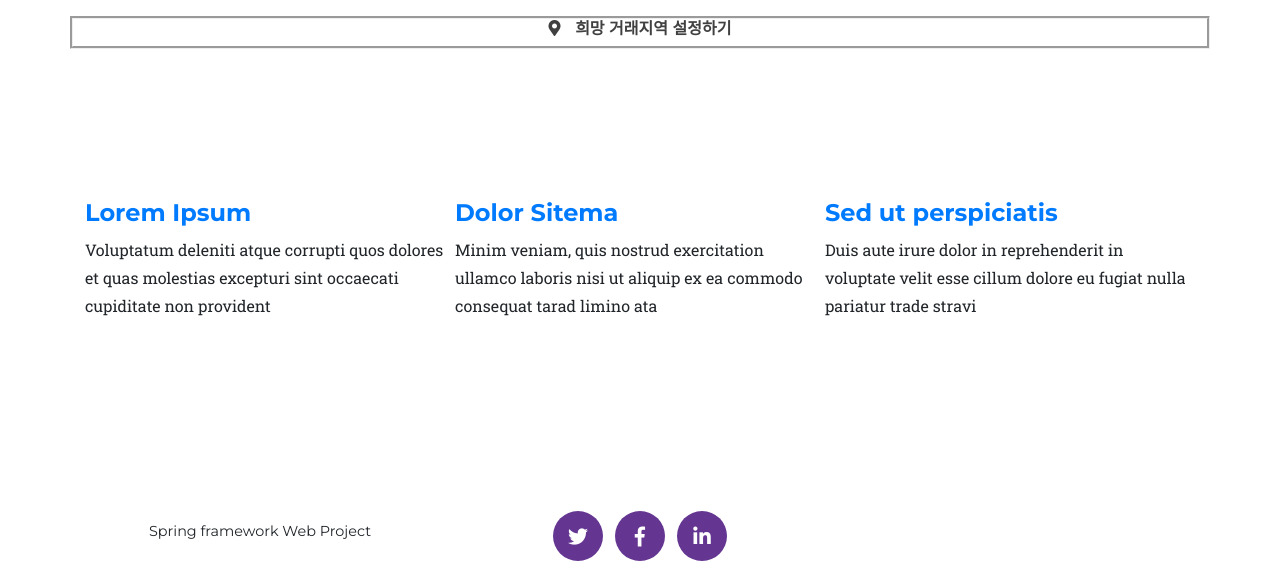
Repository: mim-mim-ji/Cleanmarket_web
Page: http://localhost/CleanMarket/WEB-INF/views/home.jsp
These files come from the project's save history. The page is drawn as it stood at one moment and after the next save; the edit follows.
The browser window is 1280 px wide. The pictures show the part of the page from y = 358 to 944 px (the page is 944 px tall before and 938 px after).
Some web fonts or font styles are not loaded; a fallback is used. The page is served by Tomcat 9. Nobody is signed in. Other server files are loaded and not shown. The template is opened directly, without the code that normally fills it, so the values that code supplies are empty.

Above is the page before, as saved 2021-03-18 04:57:59.

### CleanMarket/src/main/webapp/WEB-INF/views/home.jsp
<%@ page language="java" contentType="text/html; charset=UTF-8"
    pageEncoding="UTF-8"%>

<jsp:include page="include/header.jsp" />
<jsp:include page="include/main.jsp" />
<jsp:include page="include/footer.jsp" />

### CleanMarket/src/main/webapp/WEB-INF/views/include/header.jsp
<%@ page language="java" contentType="text/html; charset=UTF-8"
	pageEncoding="UTF-8"%>
<%@ taglib prefix="c" uri="http://java.sun.com/jsp/jstl/core"%>
<!DOCTYPE html>
<html lang="ko">
<head>

<meta charset="UTF-8">
<meta content="width=device-width, initial-scale=1.0" name="viewport">
<meta content="" name="description">
<meta content="" name="keywords">

<title>CleanMarket</title>


<!-- Bootstrap core CSS -->
  <link rel="stylesheet" href="<c:url value='/vendor/bootstrap/css/bootstrap.min.css'/>">

  <!-- Custom fonts for this template -->
  <link rel="stylesheet" type="text/css" href="<c:url value='/vendor/fontawesome-free/css/all.min.css'/>" >
  <link href="https://fonts.googleapis.com/css?family=Montserrat:400,700" rel="stylesheet" type="text/css">
  <link href='https://fonts.googleapis.com/css?family=Kaushan+Script' rel='stylesheet' type='text/css'>
  <link href='https://fonts.googleapis.com/css?family=Droid+Serif:400,700,400italic,700italic' rel='stylesheet' type='text/css'>
  <link href='https://fonts.googleapis.com/css?family=Roboto+Slab:400,100,300,700' rel='stylesheet' type='text/css'>

  <!-- Custom styles for this template -->
  <link rel="stylesheet" href="<c:url value='/css/agency.min.css'/>" >

  <!-- Bootstrap core JavaScript -->
  <script src="<c:url value='/vendor/jquery/jquery.min.js'/>"></script>
  <script src="<c:url value='/vendor/bootstrap/js/bootstrap.bundle.min.js'/>"></script>


  <!-- Plugin JavaScript -->
  <script src="<c:url value='/vendor/jquery-easing/jquery.easing.min.js'/>"></script>
  <script type="text/javascript" src="https://cdn.jsdelivr.net/jquery.validation/1.16.0/jquery.validate.min.js"></script>

  <!-- Contact form JavaScript -->
  <script src="<c:url value='/js/jqBootstrapValidation.js'/>"></script>

</head>

<body id="page-top">


	<!-- Navigation -->
  <nav class="navbar navbar-expand-lg navbar-light fixed-top" id="mainNav">
    <div class="container">
      <a class="navbar-brand" href="/cleanmarket">
      	Clean Market
      </a>
      <button class="navbar-toggler navbar-toggler-right" type="button" data-toggle="collapse" data-target="#navbarResponsive">
        메뉴
        <i class="fas fa-bars"></i>
      </button>

      <div class="collapse navbar-collapse" id="navbarResponsive">
        <ul class="navbar-nav text-uppercase ml-auto">
          <li class="nav-item">
            <a class="nav-link js-scroll-trigger" href="/cleanmarket">HOME</a>
          </li>

          <li class="nav-item dropdown">
            <a class="nav-link js-scroll-trigger dropdown-toggle" data-toggle="dropdown">카테고리</a>
            <div class="dropdown-menu music-menu">

              <div class="dropdown dropright">
		        <a class="dropdown-item dropdown-toggle music-tap" data-toggle="dropdown">여성의류</a>
		      </div>

		      <div class="dropdown dropright">
		        <a class="dropdown-item dropdown-toggle music-tap" data-toggle="dropdown">남성의류</a>

		      </div>

		      <div class="dropdown dropright">
		        <a class="dropdown-item dropdown-toggle music-tap" data-toggle="dropdown">신발</a>
		      </div>

		      <div class="dropdown dropright">
		        <a class="dropdown-item dropdown-toggle music-tap" data-toggle="dropdown">모자/인형/가방</a>
		      </div>
		    </div>
          </li>
          <c:if test="${login == null}" >
          	<li class="nav-item">
            	<a class="nav-link js-scroll-trigger" href="<c:url value='/login' />">LOGIN</a>
         	</li>
         </c:if>
          <c:if test="${login == null}" >
          	<li class="nav-item">
            	<a class="nav-link js-scroll-trigger" href="<c:url value='/join_type_select' />">JOIN</a>
          	</li>
          </c:if>
          <c:if test="${login != null}" >
	          <li class="nav-item">
	            <a class="nav-link js-scroll-trigger" href="#">MYPAGE</a>
	          </li>
	          <li class="nav-item">
	            <a class="nav-link js-scroll-trigger" href="/cleanmarket/logout" onclick="return confirm('로그아웃 하시겠습니까?')">LOGOUT</a>
	          </li>
	          <li class="nav-item">
	            <a class="nav-link js-scroll-trigger" href="#">NOTICE</a>
	          </li>
	          <li class="nav-item">
          </c:if>
          <li class="nav-item">
            <a class="nav-link js-scroll-trigger" href="#"><i class="fas fa-search"></i></a>
          </li>

        </ul>
      </div>
    </div>
  </nav><br><br>

### CleanMarket/src/main/webapp/WEB-INF/views/include/main.jsp
<%@ page language="java" contentType="text/html; charset=UTF-8"
	pageEncoding="UTF-8"%>
<%@ taglib prefix="c" uri="http://java.sun.com/jsp/jstl/core"%>

<div>
	<div align="right" style="background-color: orange; margin-top: 20px; height: 30px; opacity: 0.8;">
		<div class="container">
			<a href="#" style="border-radius: 0px; color: #404040; margin-top: 20px;"><i class="fas fa-pen">&nbsp; 판매하기</i></a>&nbsp;
			<a href="#" style="border-radius: 0px; color: #404040; margin-top: 20px;"><i class="fas fa-map-marker-alt">&nbsp;희망거래지역</i> </a>
		</div>

	</div>
</div>

<div class="owl-item" style="width: 100%">
	<div class='item holder section '
		style='background-image: url(https://cdn.imweb.me/thumbnail/20210224/9bca30e69d209.jpg); background-color: #dddddd; background-repeat: no-repeat; background-size: cover; background-position: 50% 50%;'>
		<div class='op _op' style='position: relative; z-index: 11;'>
			<div class='header-content _visual_height m_ratio'>
				<div class='text _text_wrap'>
					<div class='text-wrap _text fr-view'>
						<h1 style="text-align: center;">
							<br>
						</h1>
						<h1 style="text-align: center;">
							<span style="font-size: 30px; color: white;">크린마켓에서는&nbsp;</span><span
								style="font-size: 30px; color: white;">비대면 중고거래 가능</span>
						</h1>
						<p style="text-align: center;">
							<br>
						</p>
						<h6 style="text-align: center;">
							<span style="font-size: 20px;color: white;">희망 거래 지역 설정하고 중고거래 하자!</span>
						</h6>
						<p>
							<br>
						</p>
						<p>
							<br>
						</p>

					</div>
				</div>
			</div>
		</div>
	</div>
</div>

<div class="container" align="center" style="border-style: groove;">
	<h6>
		<a style="border-radius: 30px; color: #404040;">
			<span style="margin-right: 10px;">
				<i aria-hidden="true" class="fas fa-map-marker-alt"></i>
			</span>희망 거래지역 설정하기
		</a>
	</h6>
</div>



<main id="main"> <!-- ======= Featured Services Section ======= -->
<section id="featured-services" class="featured-services section-bg">
	<div class="container">

		<div class="row no-gutters">
			<div class="col-lg-4 col-md-6">
				<div class="icon-box">
					<div class="icon">
						<i class="icofont-computer"></i>
					</div>
					<h4 class="title">
						<a href="">Lorem Ipsum</a>
					</h4>
					<p class="description">Voluptatum deleniti atque corrupti quos
						dolores et quas molestias excepturi sint occaecati cupiditate non
						provident</p>
				</div>
			</div>
			<div class="col-lg-4 col-md-6">
				<div class="icon-box">
					<div class="icon">
						<i class="icofont-image"></i>
					</div>
					<h4 class="title">
						<a href="">Dolor Sitema</a>
					</h4>
					<p class="description">Minim veniam, quis nostrud exercitation
						ullamco laboris nisi ut aliquip ex ea commodo consequat tarad
						limino ata</p>
				</div>
			</div>
			<div class="col-lg-4 col-md-6">
				<div class="icon-box">
					<div class="icon">
						<i class="icofont-tasks-alt"></i>
					</div>
					<h4 class="title">
						<a href="">Sed ut perspiciatis</a>
					</h4>
					<p class="description">Duis aute irure dolor in reprehenderit
						in voluptate velit esse cillum dolore eu fugiat nulla pariatur
						trade stravi</p>
				</div>
			</div>
		</div>

	</div>
</section>
<!-- End Featured Services Section --> </main>
<!-- End #main -->

### CleanMarket/src/main/webapp/WEB-INF/views/include/footer.jsp
<%@ page language="java" contentType="text/html; charset=UTF-8"
	pageEncoding="UTF-8"%>
<!-- Footer -->
  <footer>
    <div class="container">
      <div class="row">
        <div class="col-md-4">
          <span class="copyright">Spring framework Web Project</span>
        </div>
        <div class="col-md-4">
          <ul class="list-inline social-buttons">
            <li class="list-inline-item">
              <a href="#" style="background-color: #643691;">
                <i class="fab fa-twitter"></i>
              </a>
            </li>
            <li class="list-inline-item">
              <a href="#" style="background-color: #643691;">
                <i class="fab fa-facebook-f"></i>
              </a>
            </li>
            <li class="list-inline-item">
              <a href="#" style="background-color: #643691;">
                <i class="fab fa-linkedin-in"></i>
              </a>
            </li>
          </ul>
        </div>
      </div>
    </div>
  </footer>

<a href="#" class="back-to-top"><i class="icofont-simple-up"></i></a>

</body>
</html>

Loaded but not shown: CleanMarket/src/main/webapp/resources/css/agency.min.css (library)

After the next save:
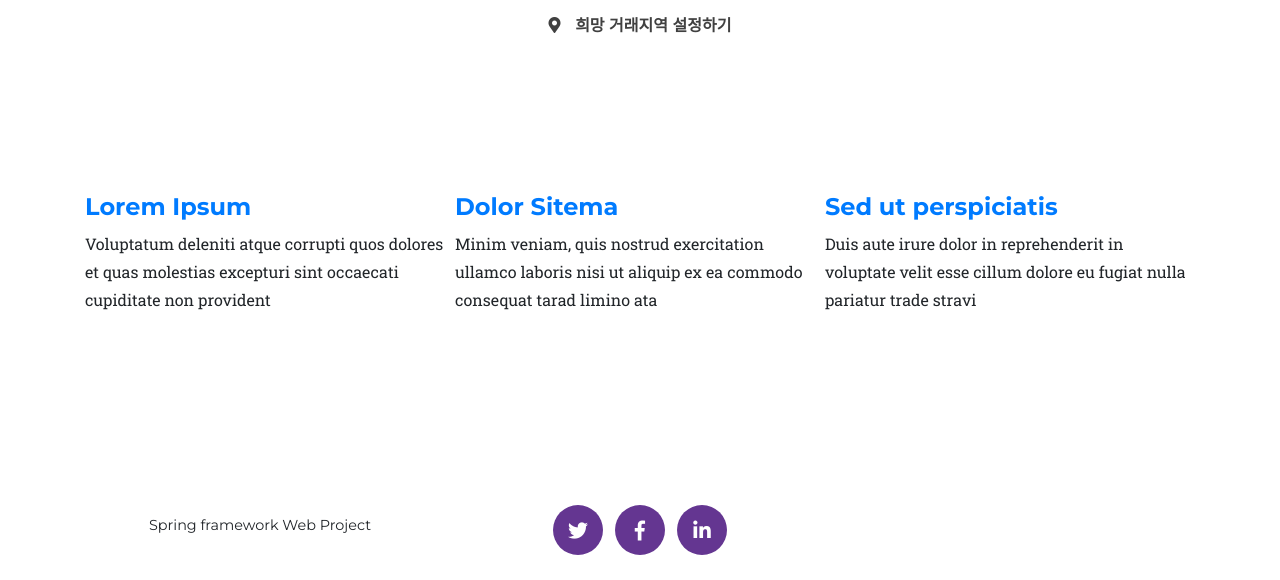
Saved 18 s later.
--- a/CleanMarket/src/main/webapp/WEB-INF/views/include/main.jsp
+++ b/CleanMarket/src/main/webapp/WEB-INF/views/include/main.jsp
@@ -46,7 +46,7 @@
 	</div>
 </div>
 
-<div class="container" align="center" style="border-style: groove;">
+<div class="container" align="center" style="border-style: inherit;">
 	<h6>
 		<a style="border-radius: 30px; color: #404040;">
 			<span style="margin-right: 10px;">
